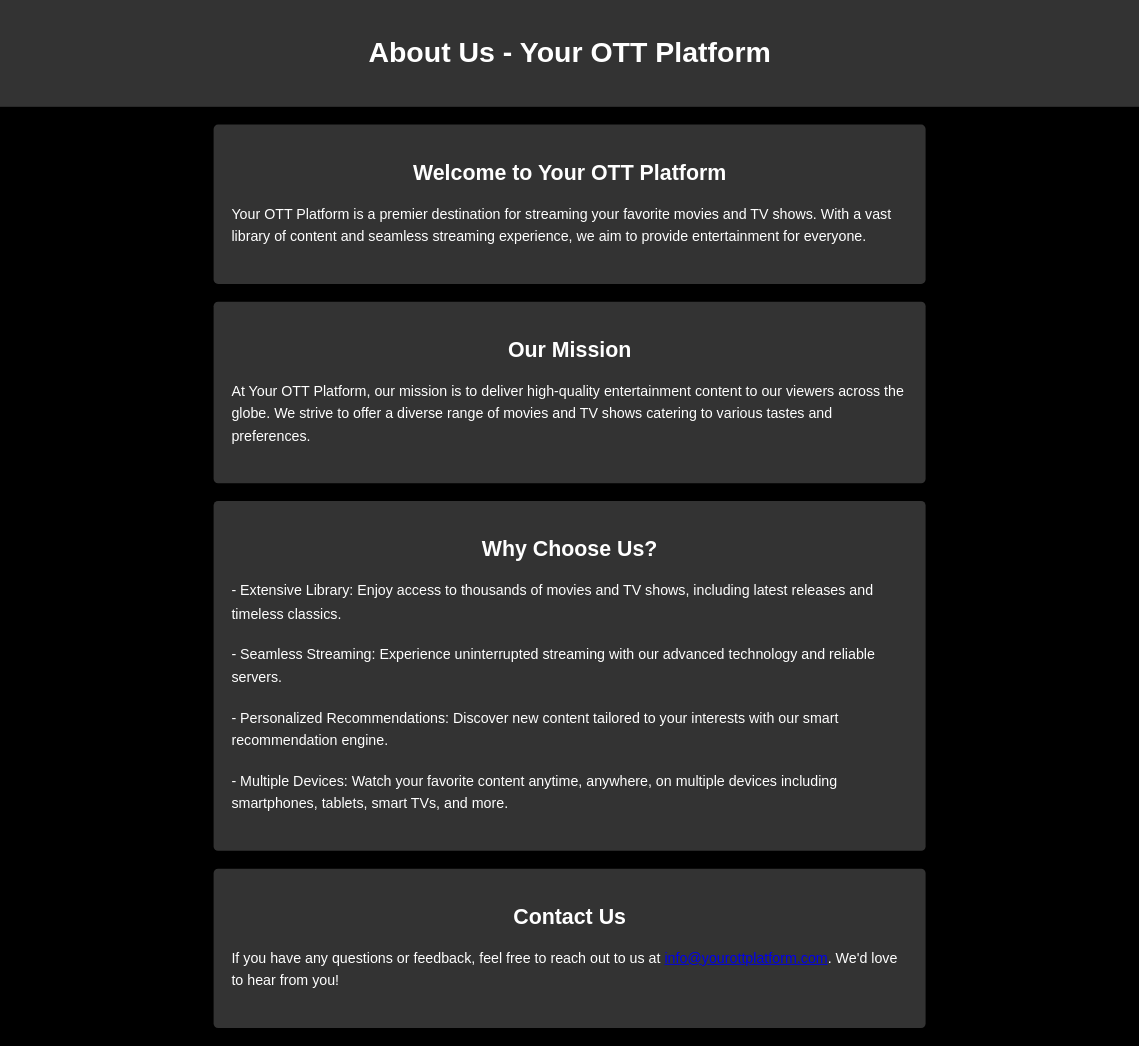
Repository: Ishanibmk/MOVIOT---An-OTT-Platform-using-Java-and-Springboot
Page: http://localhost/OTT/WEB-INF/view/about.jsp
These files come from the project's save history. The page is drawn as it stood at one moment and after the next save; the edit follows.
The browser window is 1280 px wide. The pictures show the whole page, at 89% of full size.
The page is served by Tomcat 9. Nobody is signed in. Other server files are loaded and not shown. The template is opened directly, without the code that normally fills it, so the values that code supplies are empty.

Above is the page before, as saved 2024-03-02 10:09:12.

### Moviot/MOVIOT-main/ott/OTT/src/main/webapp/WEB-INF/view/about.jsp
<!DOCTYPE html>
<html lang="en">
<head>
    <meta charset="UTF-8">
    <meta name="viewport" content="width=device-width, initial-scale=1.0">
    <title>About Us - Your OTT Platform</title>
    <style>
        body {
            font-family: Arial, sans-serif;
            margin: 0;
            padding: 0;
            background-color: #000;
            color: #fff;
        }
        header {
            background-color: #333;
            color: #fff;
            padding: 20px;
            text-align: center;
        }
        .container {
            max-width: 800px;
            margin: 20px auto;
            padding: 0 20px;
        }
        .category {
            background-color: #333;
            padding: 20px;
            margin-top: 20px;
            border-radius: 5px;
        }
        h1, h2, h3 {
            color: #fff;
            text-align: center;
        }
        p {
            line-height: 1.6;
            margin-bottom: 20px;
        }
    </style>
</head>
<body>
    <header>
        <h1>About Us - Your OTT Platform</h1>
    </header>
    <div class="container">
        <div class="category">
            <h2>Welcome to Your OTT Platform</h2>
            <p>Your OTT Platform is a premier destination for streaming your favorite movies and TV shows. With a vast library of content and seamless streaming experience, we aim to provide entertainment for everyone.</p>
        </div>
        <div class="category">
            <h2>Our Mission</h2>
            <p>At Your OTT Platform, our mission is to deliver high-quality entertainment content to our viewers across the globe. We strive to offer a diverse range of movies and TV shows catering to various tastes and preferences.</p>
        </div>
        <div class="category">
            <h2>Why Choose Us?</h2>
            <p>- Extensive Library: Enjoy access to thousands of movies and TV shows, including latest releases and timeless classics.</p>
            <p>- Seamless Streaming: Experience uninterrupted streaming with our advanced technology and reliable servers.</p>
            <p>- Personalized Recommendations: Discover new content tailored to your interests with our smart recommendation engine.</p>
            <p>- Multiple Devices: Watch your favorite content anytime, anywhere, on multiple devices including smartphones, tablets, smart TVs, and more.</p>
        </div>
        <div class="category">
            <h2>Contact Us</h2>
            <p>If you have any questions or feedback, feel free to reach out to us at <a href="mailto:info@yourottplatform.com">info@yourottplatform.com</a>. We'd love to hear from you!</p>
        </div>
    </div>
</body>
</html>

After the next save:
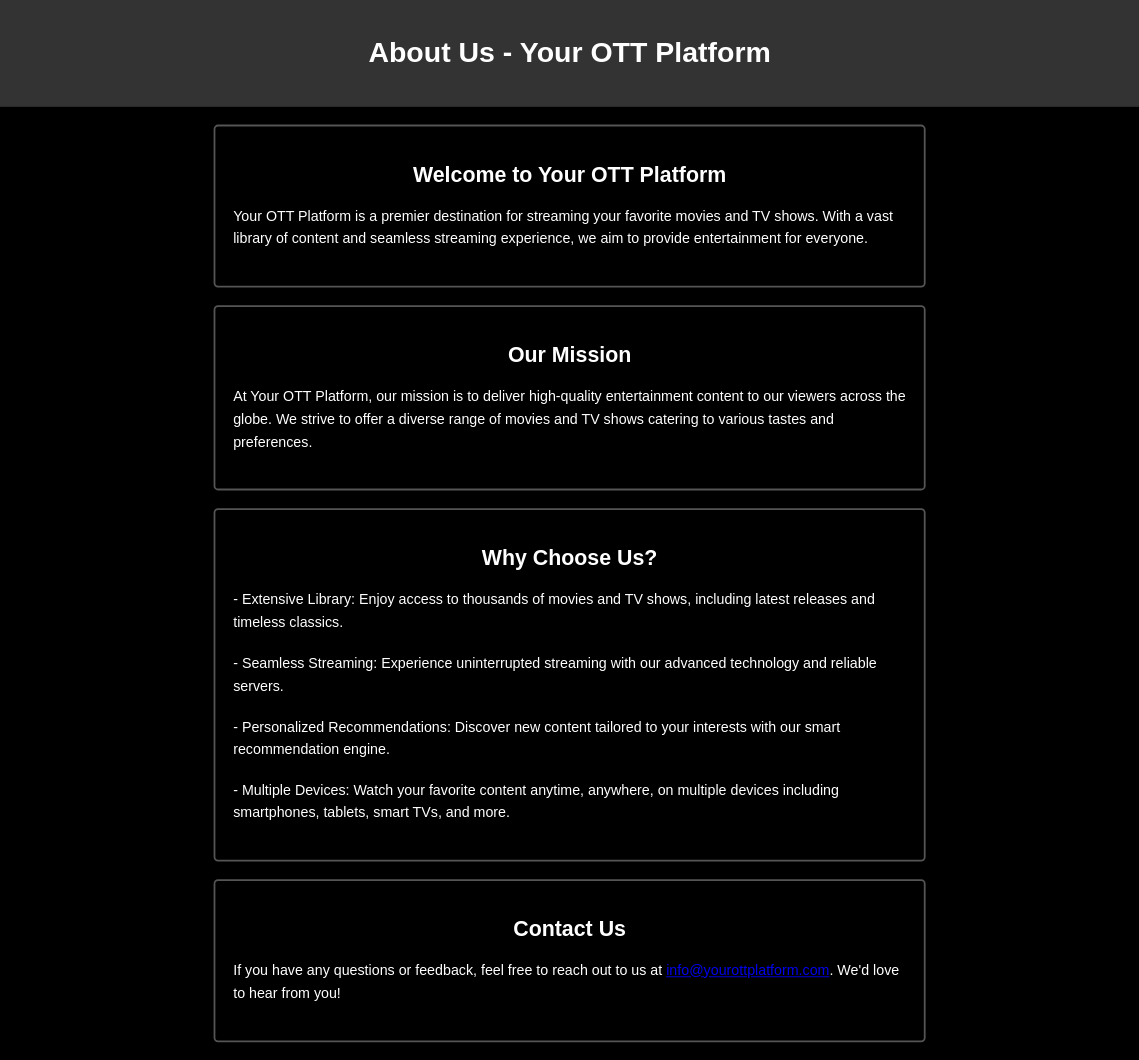
Saved 6 min 12 s later.
--- a/Moviot/MOVIOT-main/ott/OTT/src/main/webapp/WEB-INF/view/about.jsp
+++ b/Moviot/MOVIOT-main/ott/OTT/src/main/webapp/WEB-INF/view/about.jsp
@@ -9,7 +9,7 @@
             font-family: Arial, sans-serif;
             margin: 0;
             padding: 0;
-            background-color: #000;
+            background-color: black;
             color: #fff;
         }
         header {
@@ -24,10 +24,11 @@
             padding: 0 20px;
         }
         .category {
-            background-color: #333;
+            background-color: black;
             padding: 20px;
             margin-top: 20px;
             border-radius: 5px;
+            border: 2px solid #555; /* Grey border */
         }
         h1, h2, h3 {
             color: #fff;
